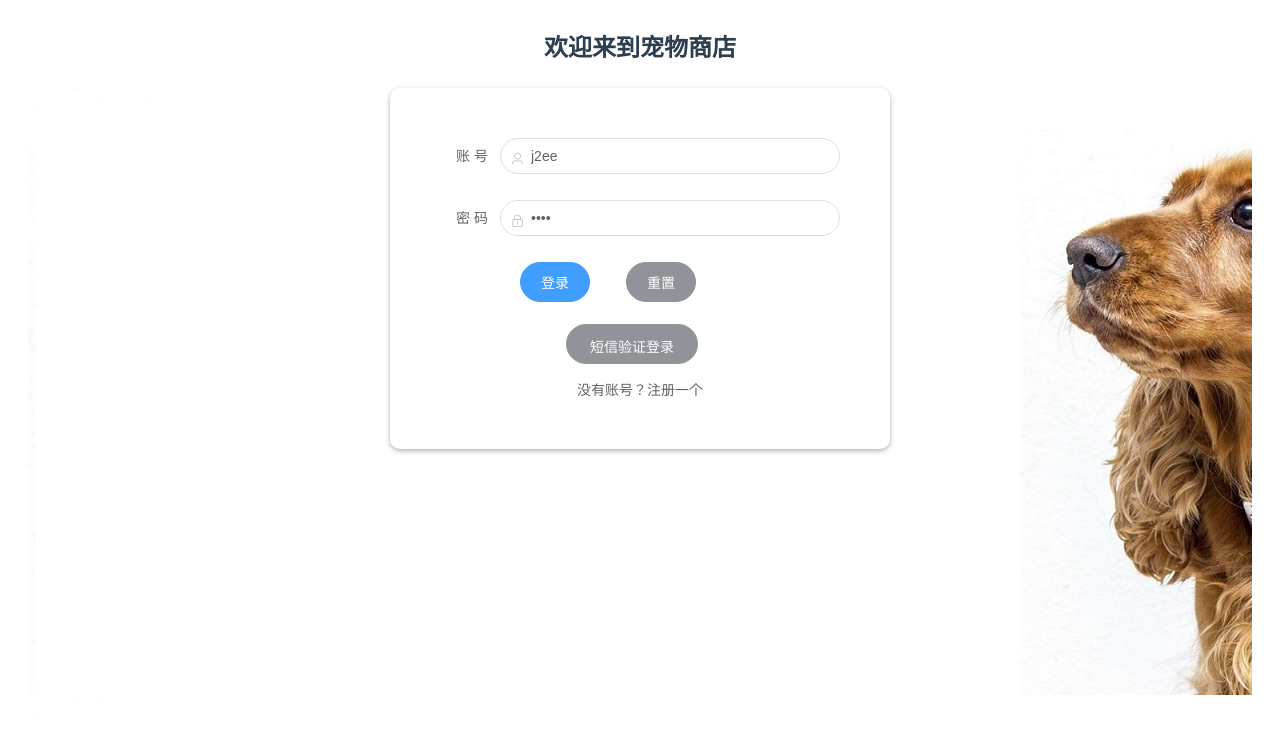
Repository: BreezeDoudou/hellovue
Page: /
These files come from the project's save history. The page is drawn as it stood at one moment and after the next save; the edit follows.
The browser window is 1280 px wide. The pictures show the whole page.
The project was rebuilt for these pictures with package versions that can differ from the ones it lists, and the page was loaded fresh each time. Also part of the build but not shown: src/components/appcomonents/test.vue, src/views/index.vue, src/components/appcomonents/navbar.vue, src/components/HelloWorld.vue, src/components/account/selfaccount.vue, src/components/account/editForm.vue, src/components/appcomonents/main.vue, src/components/appcomonents/productForm.vue and 4 more. Imported but missing from the stored project, and not drawn on this page: src/components/appcomonents/menu.vue.

Above is the page before, as saved 2023-05-18 23:45:13.

After the next save:
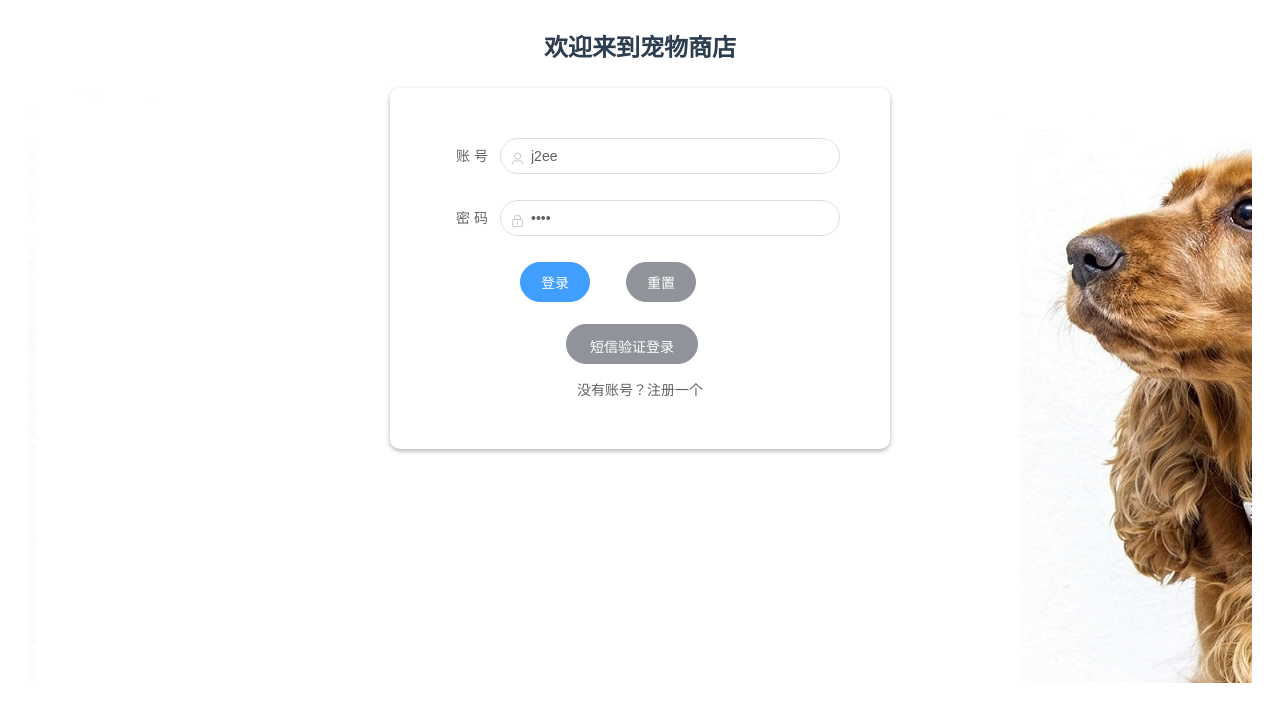
Saved 14 s later.
--- a/src/components/account/login.vue
+++ b/src/components/account/login.vue
@@ -15,8 +15,6 @@
   <el-button type="info" round @click="change">短信验证登录</el-button>
   <el-link href="/register" target="_blank">没有账号？注册一个</el-link>
   </el-form>
-  <br>
-  <br>
   <br>
   <br>
   <br>
